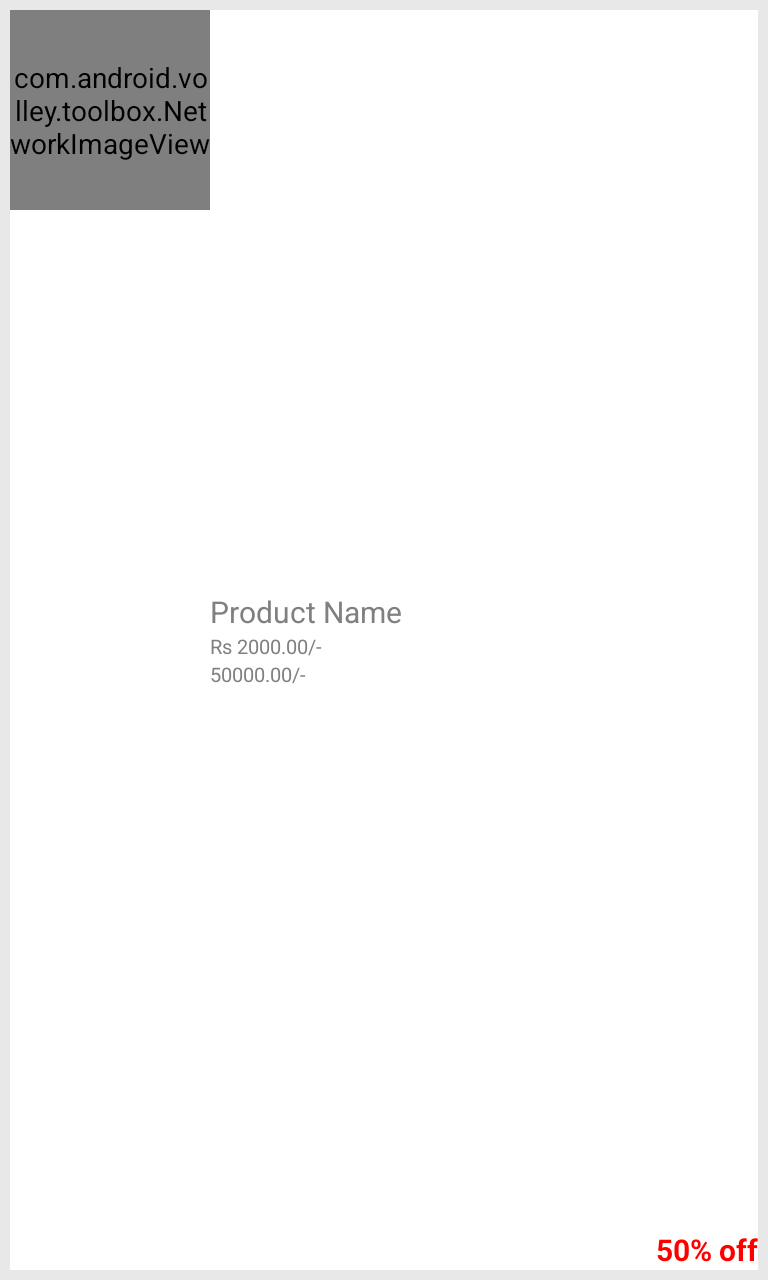
Repository: thisisdemo333/BigDiscount
Layout: BigDiscounts/res/layout/view_lv_search_list.xml
The author's editor kept a copy of each file at every save. The layout is drawn from the files as they stood at one save, then again after the next save.
Pictures or frames that could not be fetched are drawn as grey boxes. It is drawn on a 768 x 1280 px phone screen (xhdpi) without system bars, with theme AppTheme; the app's code is not run.

Above is the layout before, as saved 2015-05-10 16:46:05.

After the next save:
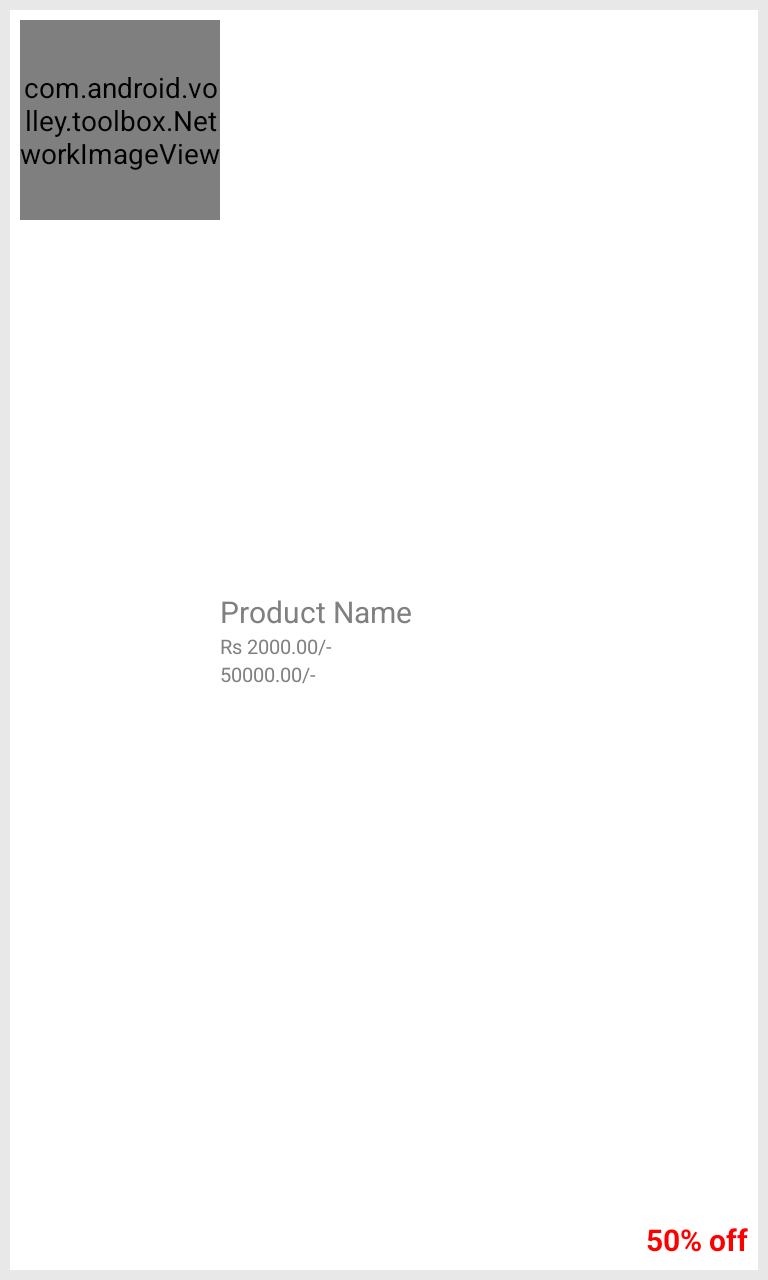
Saved 12 h 42 min later.
--- a/BigDiscounts/res/layout/view_lv_search_list.xml
+++ b/BigDiscounts/res/layout/view_lv_search_list.xml
@@ -11,7 +11,8 @@
         android:layout_width="match_parent"
         android:layout_height="wrap_content"
         android:layout_centerVertical="true"
-        android:background="@color/white" >
+        android:background="@color/white"
+        android:padding="@dimen/padding_5dp" >
 
         <RelativeLayout
             android:id="@+id/image_loader"
